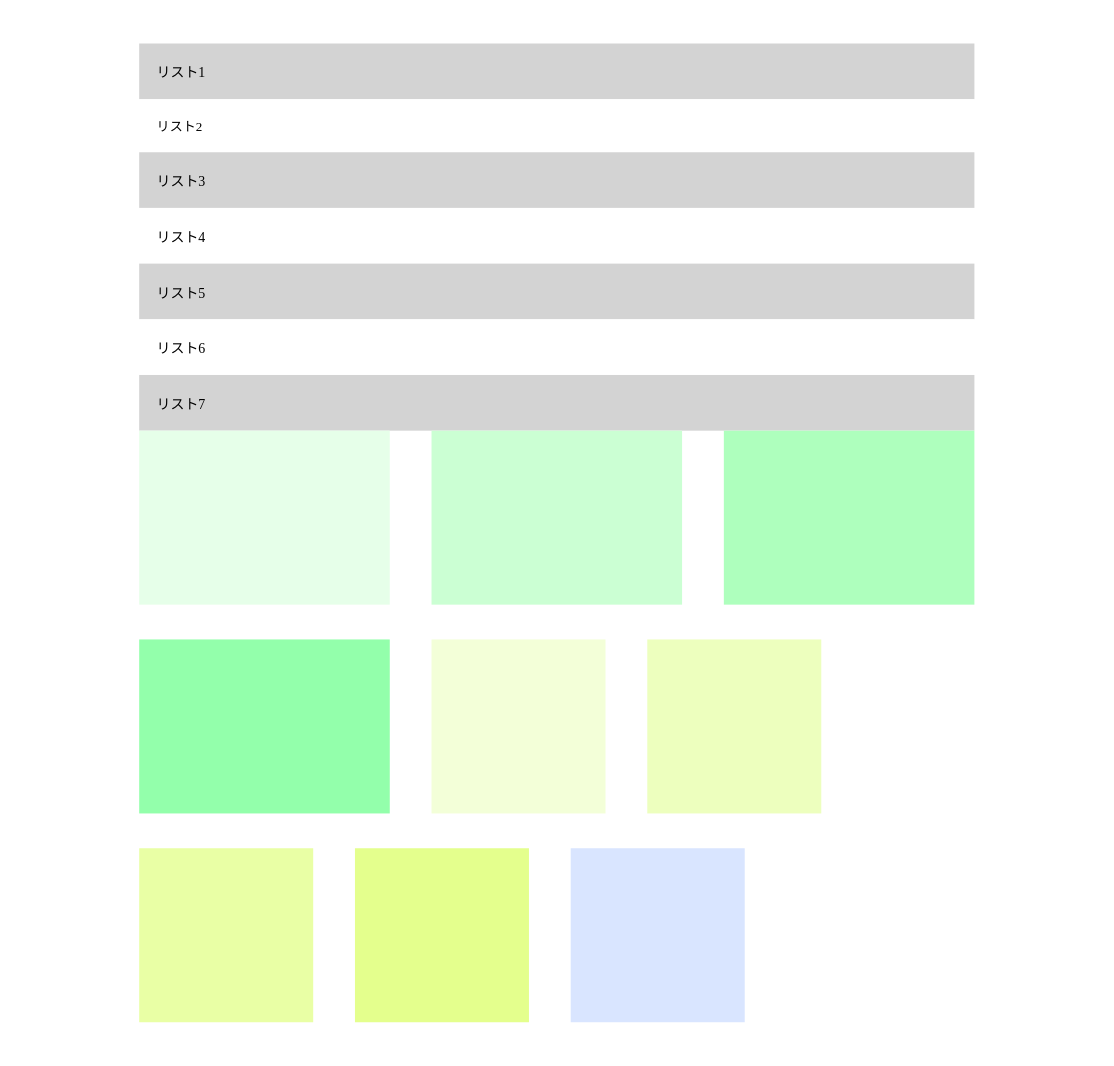
Repository: Raychel-310/chapter10
Page: chapter8_exercise/chapter8_exercise.html
The author's editor kept a record of every edit. The page is drawn from the files as they stood at one moment, then again after the next edit.
The browser window is 1280 px wide. The pictures show the whole page, at 87% of full size.

Above is the page before.

After the next edit:
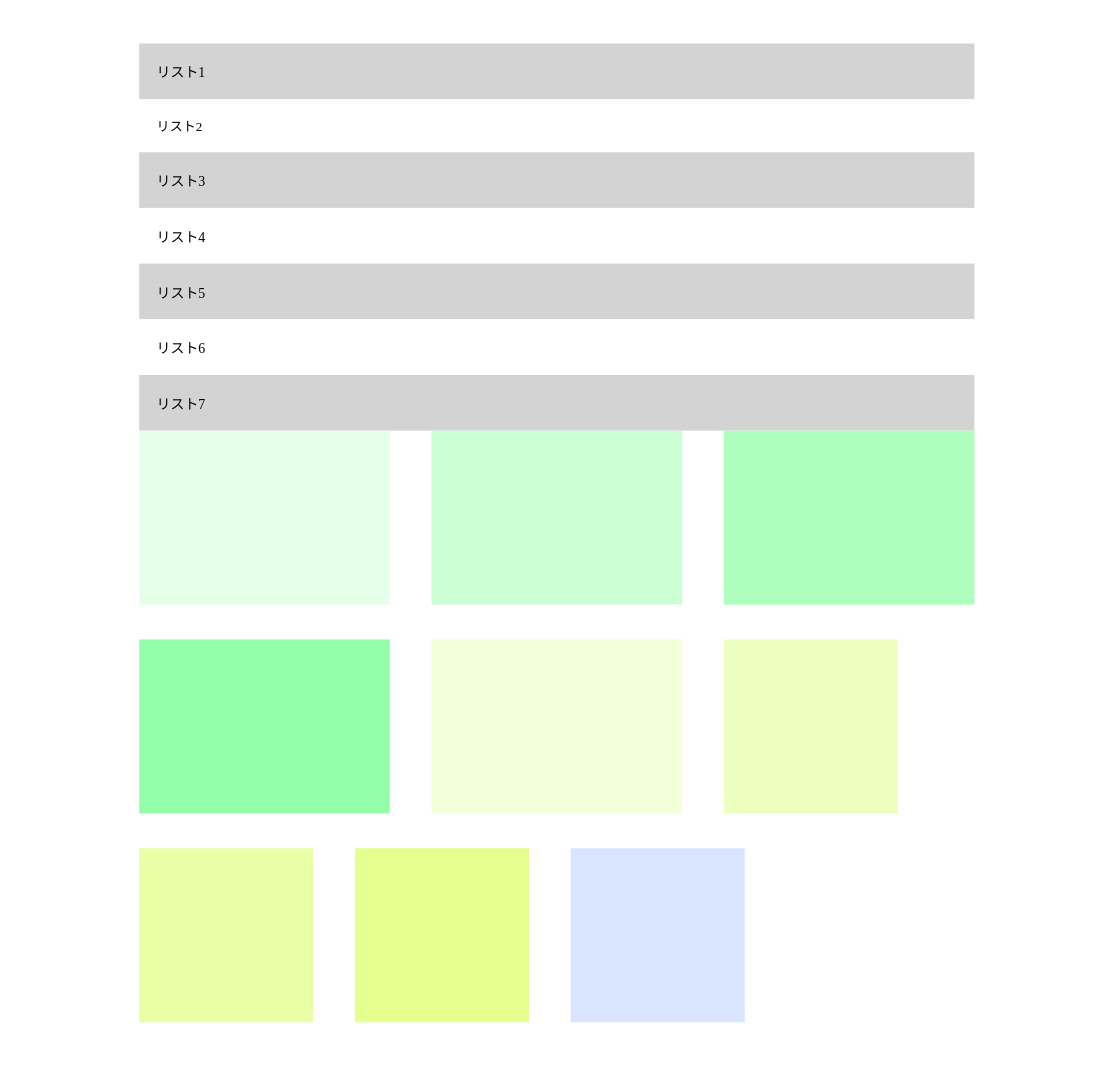
The edit:
--- a/chapter8_exercise/chapter8_exercise.css
+++ b/chapter8_exercise/chapter8_exercise.css
@@ -138,7 +138,7 @@
 }
 
 .box5 {
-  width: 200px;
+  width: 30%;
   height: 200px;
   background-color: #f3ffd8;
   margin-right: 5%;
